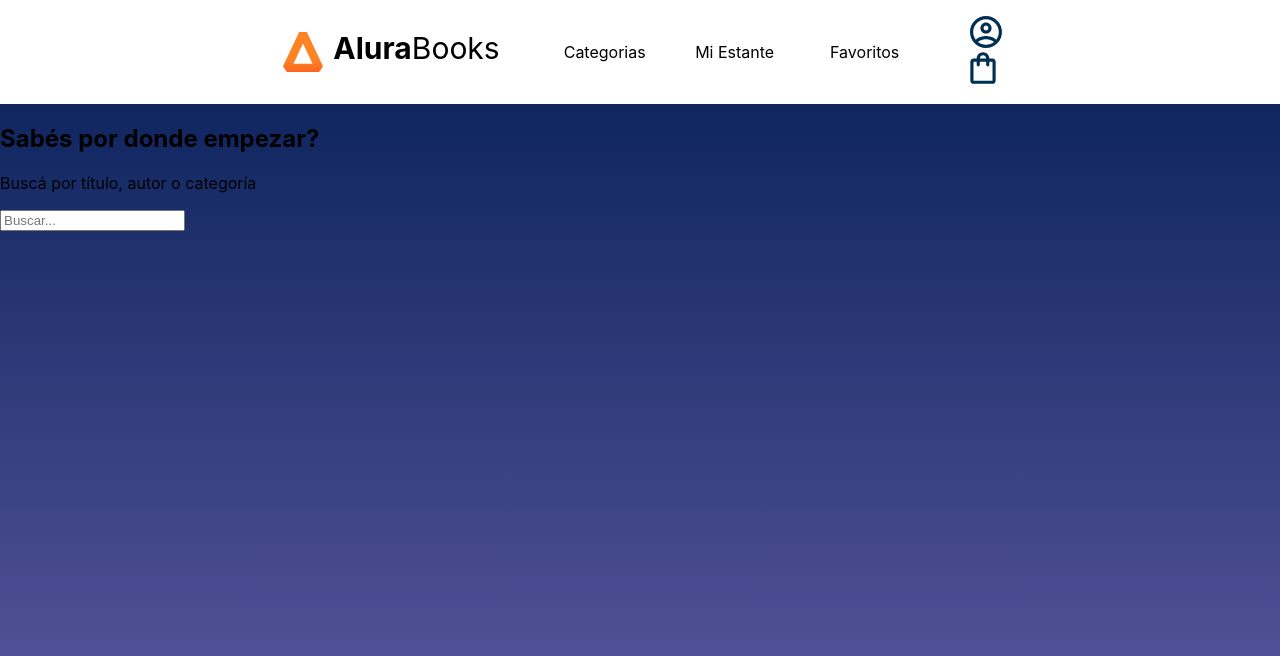
Repository: SandroG1977/Alura.Books
Page: /
These files come from the project's save history. The page is drawn as it stood at one moment and after the next save; the edit follows.
The browser window is 1280 px wide. The pictures show the whole page.
The project was rebuilt for these pictures with package versions that can differ from the ones it lists, and the page was loaded fresh each time.

Above is the page before, as saved 2026-04-08 22:10:16.

### src/index.js
import React from 'react';
import ReactDOM from 'react-dom/client';
import './index.css';
import App from './App';
import reportWebVitals from './reportWebVitals';
import { createGlobalStyle } from 'styled-components';

const GlobalStyle = createGlobalStyle`
    body {
      margin: 0;
      font-family: -apple-system, BlinkMacSystemFont, 'Segoe UI', 'Roboto', 'Oxygen',
        'Ubuntu', 'Cantarell', 'Fira Sans', 'Droid Sans', 'Helvetica Neue',
        sans-serif;
      -webkit-font-smoothing: antialiased;
      -moz-osx-font-smoothing: grayscale;
    }

    code {
      font-family: source-code-pro, Menlo, Monaco, Consolas, 'Courier New',
        monospace;
    }

    li{
      list-style: none;
    }
`;

const root = ReactDOM.createRoot(document.getElementById('root'));
root.render(
  <React.StrictMode>
    <App />
  </React.StrictMode>
);

// If you want to start measuring performance in your app, pass a function
// to log results (for example: reportWebVitals(console.log))
// or send to an analytics endpoint. Learn more: https://bit.ly/CRA-vitals
reportWebVitals();

### src/App.js
import styled from 'styled-components';
import Header from './components/Header';
import Search from './components/Search';

const AppContainer = styled.div`
  width: 100vw;
  height: 100vh;
  background-image: linear-gradient(to bottom, #031e55, #57559b);


li{
    list-style: none;
}
`;

function App() {
  return (
    <AppContainer>
      <Header />
      <Search />
    </AppContainer>
  );
}

export default App;

### src/components/Header/index.js
import Logo from '../logo';
import OptionsHeader from '../OptionsHeader';
import IconesHeader from '../IconosHeader';
import styled from 'styled-components';

const HeaderContainer = styled.header`
    background-color: white;
    display: flex;
    justify-content: center;
`;

function Header() {
    return (
        <HeaderContainer>
            <Logo />
            <OptionsHeader />
            <IconesHeader />
        </HeaderContainer>
    );
}

export default Header;

### src/components/Search/index.js

function Search() {
    return (
        <section>
            <h2>Sabés por donde empezar?</h2>
            <p>Buscá por título, autor o categoría</p>
            <input placeholder="Buscar..." />
        </section>
    );
}

export default Search;

### src/components/logo/index.js
import logo from '../../images/logo.svg';
import styled from 'styled-components';

const LogoContainer = styled.div`
    display: flex;
    font-size: 30px;
    margin-left: 5px;
`;

const LogoImage = styled.img`
    width: 40px;
    margin-right: 10px;
`;


function Logo() {
    return (
        <LogoContainer>
            <LogoImage src={logo} alt="Logo Alura Books" />
            <p><strong>Alura</strong>Books</p>
        </LogoContainer>
    );
}

export default Logo;

### src/components/OptionsHeader/index.js

import styled from 'styled-components';

const OpcionesContainer = styled.ul`
    display: flex;
`;

const Opcion = styled.li`
    font-size: 16px;
    display: flex;
    justify-content: center;
    align-items: center;
    text-align: center;
    height: 100%;
    padding: 0 5px;
    cursor: pointer;
    min-width: 120px;
`;



const textoOpciones = ['Categorias', 'Mi Estante', 'Favoritos'];


function OptionsHeader() {
    return (
        <OpcionesContainer>
            {textoOpciones.map((opcion, index) => (
                <Opcion key={index}><p>{opcion}</p></Opcion>
            ))}
        </OpcionesContainer>
    );
}

export default OptionsHeader;

### src/components/IconosHeader/index.js
import perfil from '../../images/perfil.svg';
import carrito from '../../images/sacola.svg';
import styled from 'styled-components';

const IconosContainer = styled.ul`

`;

const Icono = styled.li`

`;

const iconosOpciones = [perfil, carrito];

function IconesHeader() {
    return (
        <ul className="IconosContainer">
            {iconosOpciones.map((icono, index) => (
                <Icono><img src={icono} alt={`Icono ${index}`} /></Icono>
            ))}
        </ul>
    );
}

export default IconesHeader;

Loaded but not shown: public/index.html (common file); src/index.css (common file); src/reportWebVitals.js (common file)

After the next save:
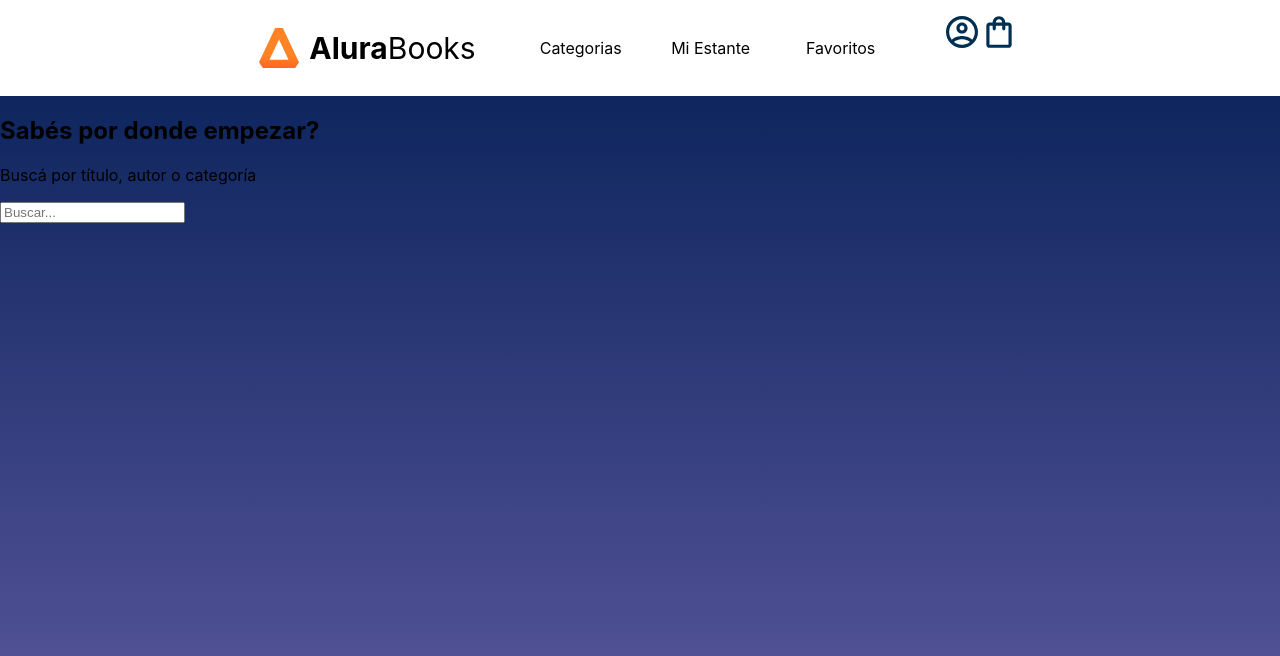
Saved 69 s later.
--- a/src/components/IconosHeader/index.js
+++ b/src/components/IconosHeader/index.js
@@ -3,22 +3,25 @@
 import styled from 'styled-components';
 
 const IconosContainer = styled.ul`
-
+    display: flex;
+    list-style: none;
+    align - items: center;
 `;
 
 const Icono = styled.li`
-
+    width: 40px;
+    margin - right: 25px;
 `;
 
 const iconosOpciones = [perfil, carrito];
 
 function IconesHeader() {
     return (
-        <ul className="IconosContainer">
+        <IconosContainer>
             {iconosOpciones.map((icono, index) => (
                 <Icono><img src={icono} alt={`Icono ${index}`} /></Icono>
             ))}
-        </ul>
+        </IconosContainer>
     );
 }
 
